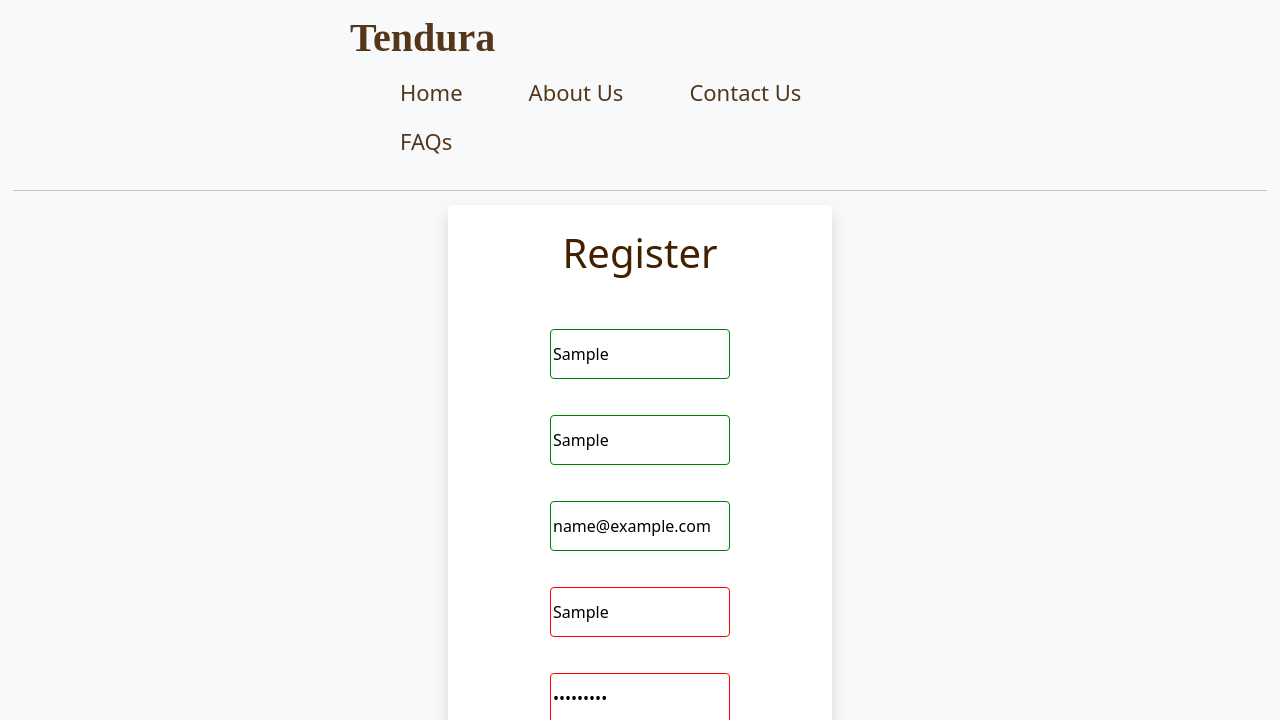
Repository: Starboy117/OOP-Project
Page: http://localhost/Online_Hotel_Reservation_System/Register.jsp
The author's editor kept a copy of each file at every save. The page is drawn from the files as they stood at one save, then again after the next save.
The browser window is 1280 px wide. The pictures show the whole page.
Empty fields were first filled with sample values (such as "Sample", 5 or name@example.com).
After loading, the first visible `#regForm` was submitted once.
An inner scrolling area shows only its first screen. The page is served by Tomcat 9. Other server files are loaded and not shown.

Above is the page before, as saved 2025-05-05 12:55:25.

### Online_Hotel_Reservation_System/src/main/webapp/Register.jsp
<!DOCTYPE html>
<html>

<head>
    <meta charset="UTF-8" />
    <meta name="viewport" content="width=device-width, initial-scale=1.0" />
    <title>Tendura</title>
    <link rel="icon" href="Images/Tendura 1.png" type="image/png" />
    <link href="css/login.css" rel="stylesheet" />
    <link href="https://cdn.jsdelivr.net/npm/bootstrap@5.0.2/dist/css/bootstrap.min.css" rel="stylesheet" />
    <script  src="js/register.js" defer></script>
</head>

<body class="bg-light d-flex flex-column">

    <nav class="navbar custom navbar-light bg-light fixed-top" style="opacity: 90%;">
        <div class="logo1">
          <a href="Home.jsp" class="navbar-brand">
            <span class="fw-bold text-brown fs-1 text-s5">Tendura</span>
          </a>
        </div>
        <div class="tabs">
          <ul class="nav" style="margin: 0%;">
            <li class="nav-item">
              <a class="nav-link custom" href="Home.jsp">Home</a>
            </li>
            <li class="nav-item">
              <a class="nav-link custom" href="#">About Us</a>
            </li>
            <li class="nav-item">
              <a class="nav-link custom" href="#">Contact Us</a>
            </li>
            <li class="nav-item">
              <a class="nav-link custom" href="#">FAQs</a>
            </li>
          </ul>
        </div>
      </nav>
    <center>
      <hr style="width: 98%; border: 2px #422100;" class="mb-5">
    </center>

    <form class="d-flex justify-content-center align-items-center vh-100" onsubmit="return validateForm()" method="post" action="insert" id="regForm" >
        <div class="container custom shadow bg-white rounded-3">
            <h1 class="p-4 text-brown">Register</h1>
            <% String error = (String) request.getAttribute("error"); %>
			<% if (error != null) { %>
			  <p style="color:red;"><%= error %></p>
			<% } %>
            <div>
                <input class="input1  rounded" type="text" placeholder="Name" name="name" id="name"><br>
                <p id="msg1" style="color:red;"></p>
                <input class="input1  rounded" type="text" placeholder="Username" name="uname" id="uname"><br>
                <p id="msg2" style="color:red;"></p>
                <input class="input1  rounded" type="email" placeholder="Email" name="email" id="email"><br>
                <p id="msg3" style="color:red;"></p>
                <input class="input1  rounded" type="text" placeholder="Password" name="password" id="password"><br>
                <p id="msg4" style="color:red;"></p>
                <input class="input1  rounded" type="password" placeholder="Confirm Password" name="cPassword" id="cPassword"><br>
                <p id="msg5" style="color:red;"></p>
                <button  class="m-5 btn-brown btn-lg" type="submit" name="submit" id="submit">Register</button><br>

            </div>
            <p class="pb-5">Already have an account? <a href="Login.jsp">Login</a></p>

        </div>
    </form>

      <footer class="bg-light text-brown text-center py-4 mt-5">
    <center>
      <hr style="width: 98%; border: 2px #422100;" class="mb-5">
    </center>
    <div class="container">
      <p class="mb-2">© 2025 Tendura Hotel. All rights reserved.</p>
      <p class="mb-3">
        <a href="#" class="text-brown text-decoration-none">Privacy Policy</a> |
        <a href="#" class="text-brown text-decoration-none">Terms of Service</a>
      </p>
      <div>
        <a href="#" class="text-brown mx-2">
          <i class="bi bi-facebook"></i> Facebook
        </a>
        <a href="#" class="text-brown mx-2">
          <i class="bi bi-twitter"></i> Twitter
        </a>
        <a href="#" class="text-brown mx-2">
          <i class="bi bi-instagram"></i> Instagram
        </a>
      </div>
    </div>
  </footer>


</body>
</html>

### Online_Hotel_Reservation_System/src/main/webapp/css/login.css
@font-face {
    font-family: 'Cinzel';
    src: url('Fonts/Cinzel-VariableFont_wght.ttf') format('truetype');
  }



  html, body {
    margin: 0;
    padding: 0;
    height: 100%;
    overflow-x: hidden;
  }




  .bg-brown {
    background-color: #422100;
    color: whitesmoke;
  }

  .text-brown {
    color: #422100;

  }

  .text-s5{

    font-family: 'Cinzil';
  }

  .navbar.custom{

    padding-left: 350px;
    padding-right: 350px;
    position: relative;
  }

  .logo1 {

    width: auto;
  }

  .tabs {
    margin-right: 50px;
    display: flex;
    align-items: center;
  }

  .nav-link.custom {
    color: #422100;
    font-size: 22px;
    font-weight: 400;
    padding-left: 50px;
  }

  .nav-link.custom:hover,
  .nav-link.custom.active {
    color: #d6ab5b;
  }

  .container.custom{

    width: 30%;
    height: auto;
    align-items: center;
    text-align: center;

  }

.input1{

    margin-top: 20px;
    width: 50%;
    height: 50px;
    border: 1px solid #ccc;
}



.btn-brown{

    background-color: #422100;
    border: none;
    padding: 10px 20px;
    width: 20%;
    font-size: 16px;
    border-radius: 8px;
    color: white;
}

### Online_Hotel_Reservation_System/src/main/webapp/js/register.js
function validateForm() {
    var name = document.getElementById("name");
    var username = document.getElementById("uname");
    var email = document.getElementById("email");
    var pass = document.getElementById("password");
    var cpass = document.getElementById("cPassword");

    var emailPattern = /^[^\s@]+@[^\s@]+\.[^\s@]+$/;
    var isValid = true;

    // Name
    if (name.value.trim() === "") {
        name.style.border = "1px solid red";
        document.getElementById("msg1").innerText = "**Name cannot be empty";
        isValid = false;
    } else {
        name.style.border = "1px solid green";
        document.getElementById("msg1").innerText = "";
    }

    // Username
    if (username.value.trim() === "") {
        username.style.border = "1px solid red";
        document.getElementById("msg2").innerText = "**Username cannot be empty";
        isValid = false;
    } else {
        username.style.border = "1px solid green";
        document.getElementById("msg2").innerText = "";
    }

    // Email
    if (email.value.trim() === "") {
        email.style.border = "1px solid red";
        document.getElementById("msg3").innerText = "**Email cannot be empty";
        isValid = false;
    } else if (!emailPattern.test(email.value)) {
        email.style.border = "1px solid red";
        document.getElementById("msg3").innerText = "**Invalid email format";
        isValid = false;
    } else {
        email.style.border = "1px solid green";
        document.getElementById("msg3").innerText = "";
    }

    // Password
    if (pass.value.trim() === "") {
        pass.style.border = "1px solid red";
        document.getElementById("msg4").innerText = "**Password cannot be empty";
        isValid = false;
    } else if (pass.value.length < 6) {
        pass.style.border = "1px solid red";
        document.getElementById("msg4").innerText = "**Password too short";
        isValid = false;
    } else {
        pass.style.border = "1px solid green";
        document.getElementById("msg4").innerText = "";
    }

    // Confirm Password
    if (cpass.value.trim() === "") {
        cpass.style.border = "1px solid red";
        document.getElementById("msg5").innerText = "**Confirm password cannot be empty";
        isValid = false;
    } else if (pass.value !== cpass.value) {
        cpass.style.border = "1px solid red";
        pass.style.border = "1px solid red";
        document.getElementById("msg5").innerText = "**Passwords don't match";
        isValid = false;
    } else {
        cpass.style.border = "1px solid green";
        document.getElementById("msg5").innerText = "";
    }

    return isValid; // If false, form won't submit
}

After the next save:
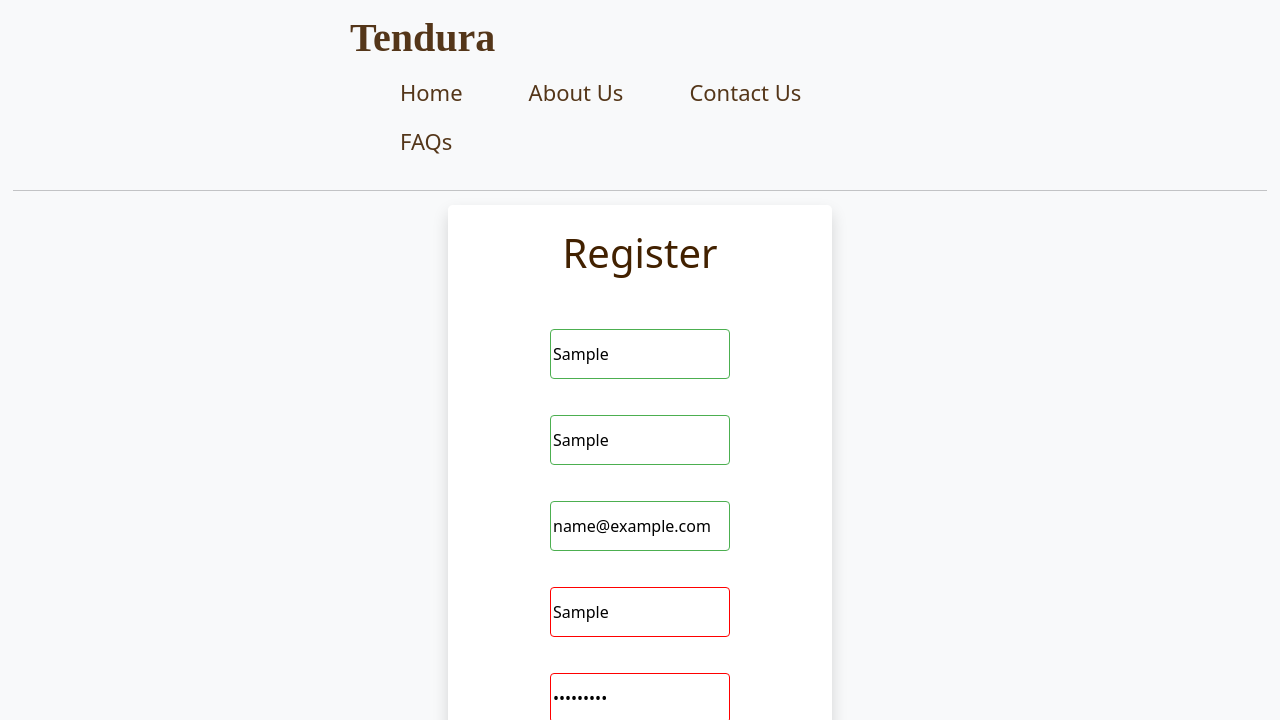
Saved 2 min 29 s later.
--- a/Online_Hotel_Reservation_System/src/main/webapp/js/register.js
+++ b/Online_Hotel_Reservation_System/src/main/webapp/js/register.js
@@ -14,7 +14,7 @@ function validateForm() {
         document.getElementById("msg1").innerText = "**Name cannot be empty";
         isValid = false;
     } else {
-        name.style.border = "1px solid green";
+        name.style.border = "1px solid #4CAF50";
         document.getElementById("msg1").innerText = "";
     }
 
@@ -24,7 +24,7 @@ function validateForm() {
         document.getElementById("msg2").innerText = "**Username cannot be empty";
         isValid = false;
     } else {
-        username.style.border = "1px solid green";
+        username.style.border = "1px solid #4CAF50";
         document.getElementById("msg2").innerText = "";
     }
 
@@ -38,7 +38,7 @@ function validateForm() {
         document.getElementById("msg3").innerText = "**Invalid email format";
         isValid = false;
     } else {
-        email.style.border = "1px solid green";
+        email.style.border = "1px solid #4CAF50";
         document.getElementById("msg3").innerText = "";
     }
 
@@ -52,7 +52,7 @@ function validateForm() {
         document.getElementById("msg4").innerText = "**Password too short";
         isValid = false;
     } else {
-        pass.style.border = "1px solid green";
+        pass.style.border = "1px solid #4CAF50";
         document.getElementById("msg4").innerText = "";
     }
 
@@ -67,7 +67,9 @@ function validateForm() {
         document.getElementById("msg5").innerText = "**Passwords don't match";
         isValid = false;
     } else {
-        cpass.style.border = "1px solid green";
+		pass.style.border = "1px solid #4CAF50";
+        cpass.style.border = "1px solid #4CAF50";
+		document.getElementById("msg4").innerText = "";
         document.getElementById("msg5").innerText = "";
     }
 
